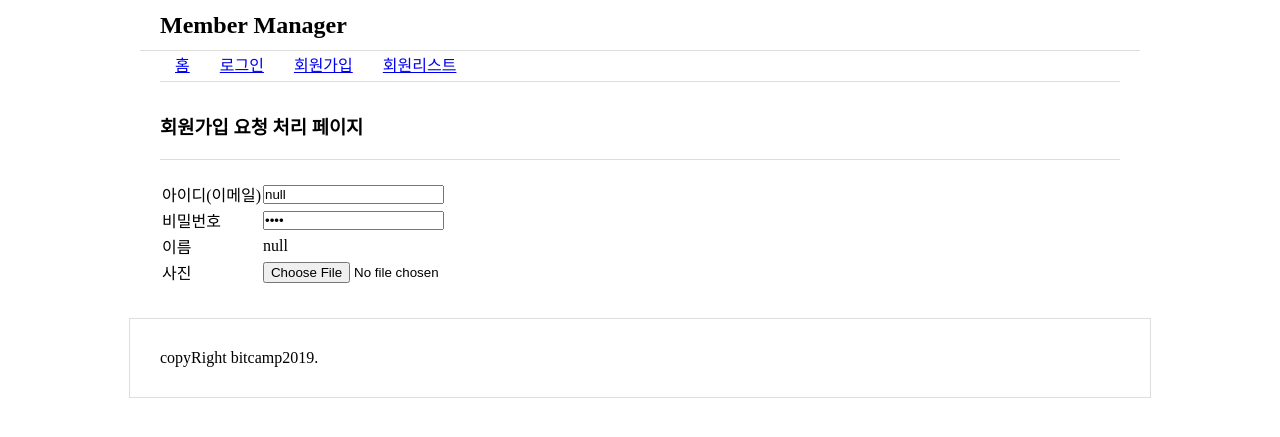
Repository: hhw9797/bitcampjn201904
Page: http://localhost/MemberManager/member/memberReg.jsp
The author's editor kept a copy of each file at every save. The page is drawn from the files as they stood at one save, then again after the next save.
The browser window is 1280 px wide. The pictures show the whole page.
The page is served by Tomcat 9.

Above is the page before, as saved 2019-06-20 09:11:31.

After the next save:
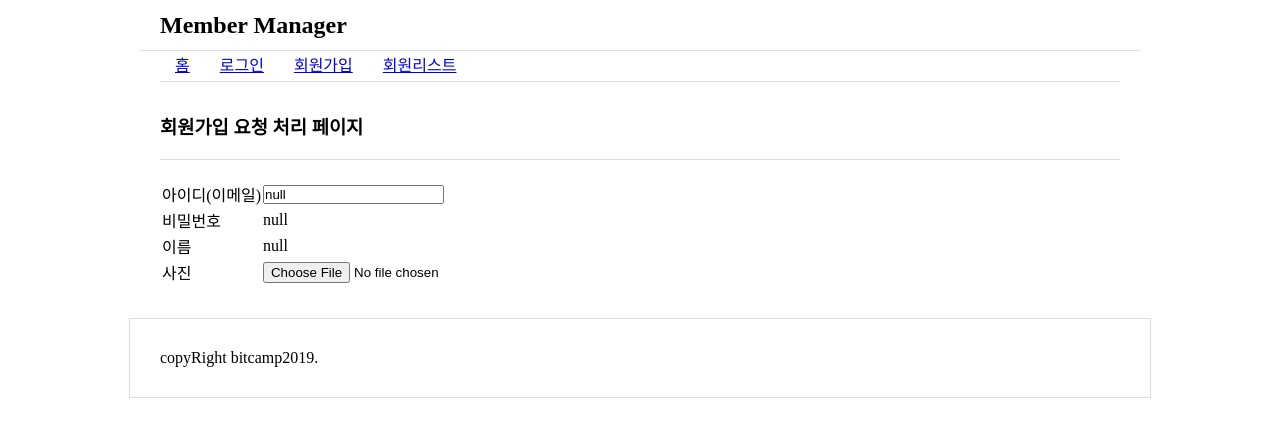
Saved 18 s later.
--- a/html/html5/jsp/MemberManager/WebContent/member/memberReg.jsp
+++ b/html/html5/jsp/MemberManager/WebContent/member/memberReg.jsp
@@ -40,7 +40,7 @@
 			</tr>
 			<tr>
 				<td>비밀번호</td>
-				<td><input type="password" name="uPw" value="<%= userPw%>"></td>
+				<td><%= userPw%></td>
 			</tr>
 			<tr>
 				<td>이름</td>

After the save that followed:
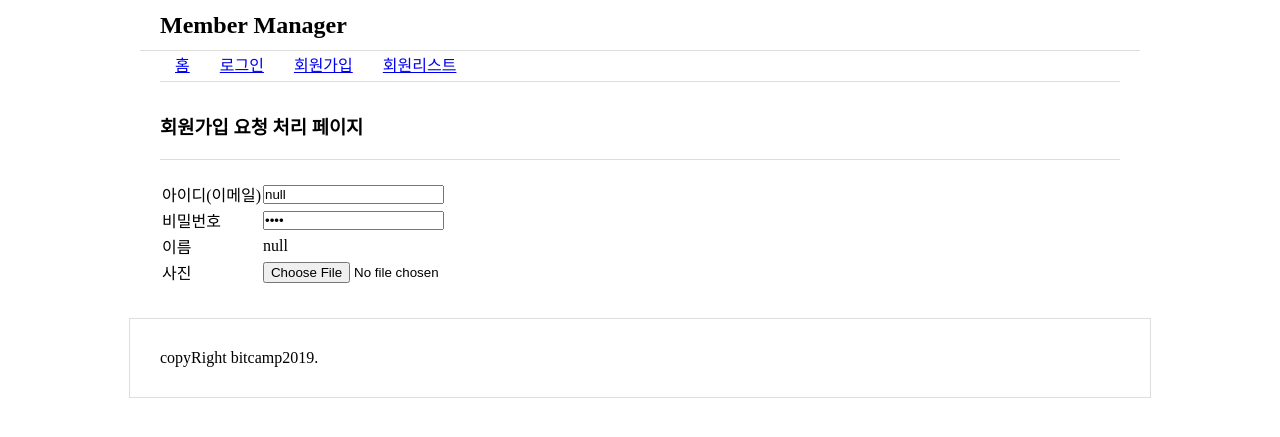
Saved 16 s later.
--- a/html/html5/jsp/MemberManager/WebContent/member/memberReg.jsp
+++ b/html/html5/jsp/MemberManager/WebContent/member/memberReg.jsp
@@ -40,7 +40,7 @@
 			</tr>
 			<tr>
 				<td>비밀번호</td>
-				<td><%= userPw%></td>
+				<td><input type="password" name="uPw" value="<%= userPw%>"></td>
 			</tr>
 			<tr>
 				<td>이름</td>
